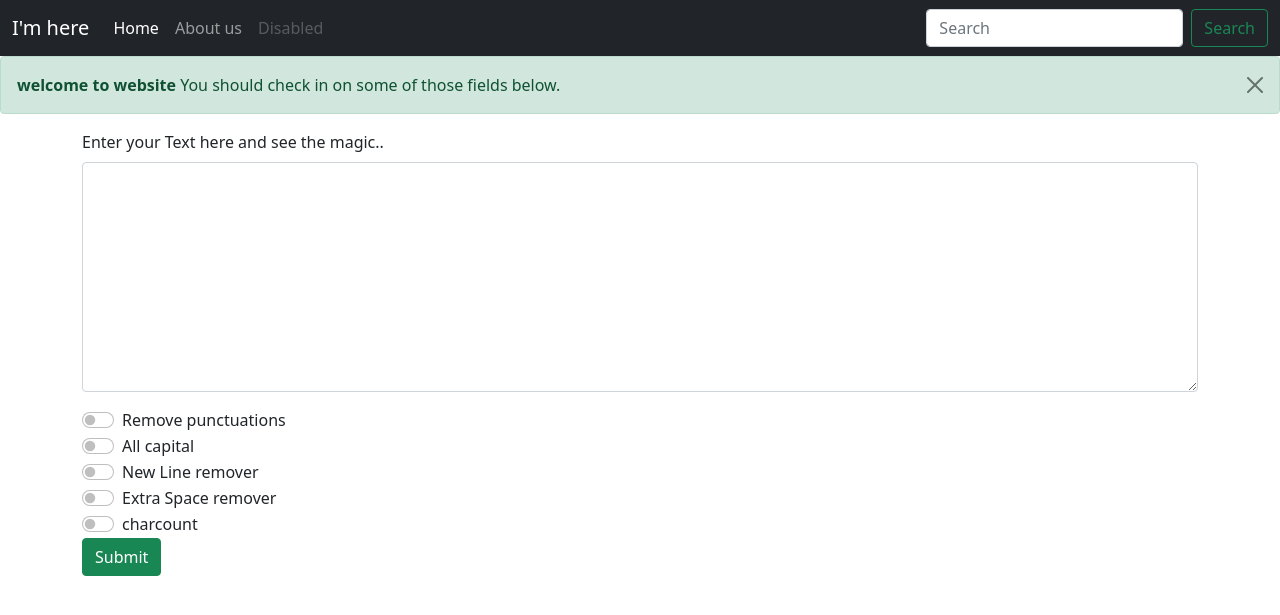
Repository: ritikalohia/Django-beginners-
Page: textutiles/templates/index.html
The author's editor kept a copy of each file at every save. The page is drawn from the files as they stood at one save, then again after the next save.
The browser window is 1280 px wide. The pictures show the whole page.

Above is the page before, as saved 2021-05-22 20:14:47.

After the next save:
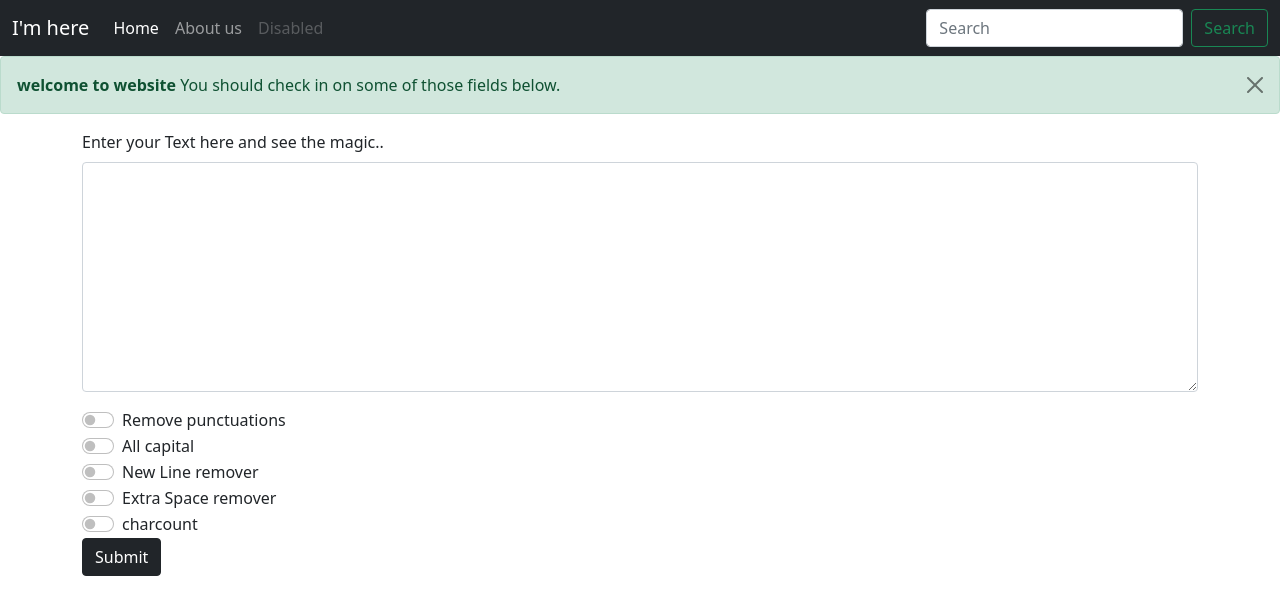
Saved 7 s later.
--- a/textutiles/templates/index.html
+++ b/textutiles/templates/index.html
@@ -70,7 +70,7 @@
             <label class="form-check-label" for="customSwitch5">charcount</label>
         </div>
 
-        <button type="button" class="btn btn-success">Submit</button>
+        <button type="button" class="btn btn-dark">Submit</button>
     </div>
 
     <!-- Optional JavaScript; choose one of the two! -->
